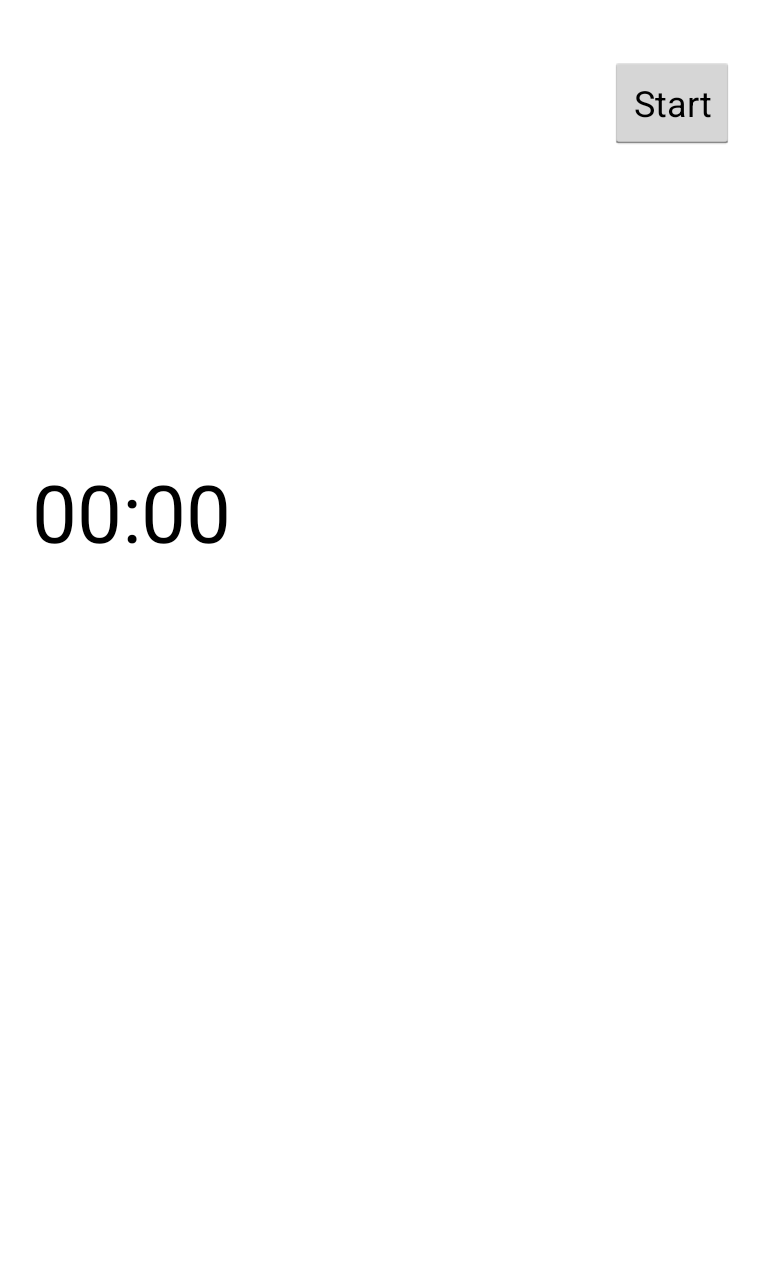
Repository: albertowusuasare/CustomStopWatch
Layout: CustomStopWatch/res/layout/activity_timer.xml
The author's editor kept a copy of each file at every save. The layout is drawn from the files as they stood at one save, then again after the next save.
It is drawn on a 768 x 1280 px phone screen (xhdpi) without system bars, with theme AppTheme; the app's code is not run.

Above is the layout before, as saved 2014-09-25 02:44:27.

After the next save:
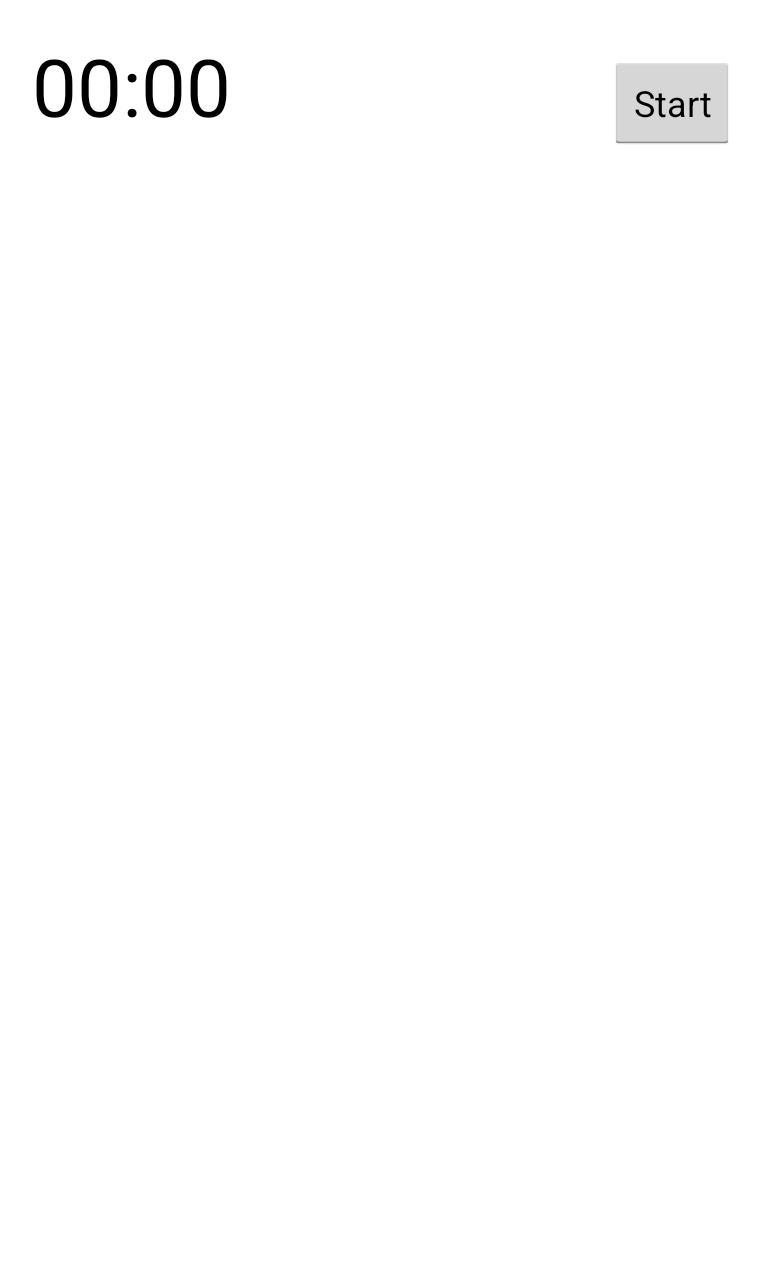
Saved 36 s later.
--- a/CustomStopWatch/res/layout/activity_timer.xml
+++ b/CustomStopWatch/res/layout/activity_timer.xml
@@ -12,7 +12,6 @@
         android:id="@+id/chronometer1"
         android:layout_width="0dp"
         android:layout_height="wrap_content"
-        android:layout_marginTop="213dp"
         android:layout_weight="0.25"
         android:format="%s"
         android:text="Chronometer"
